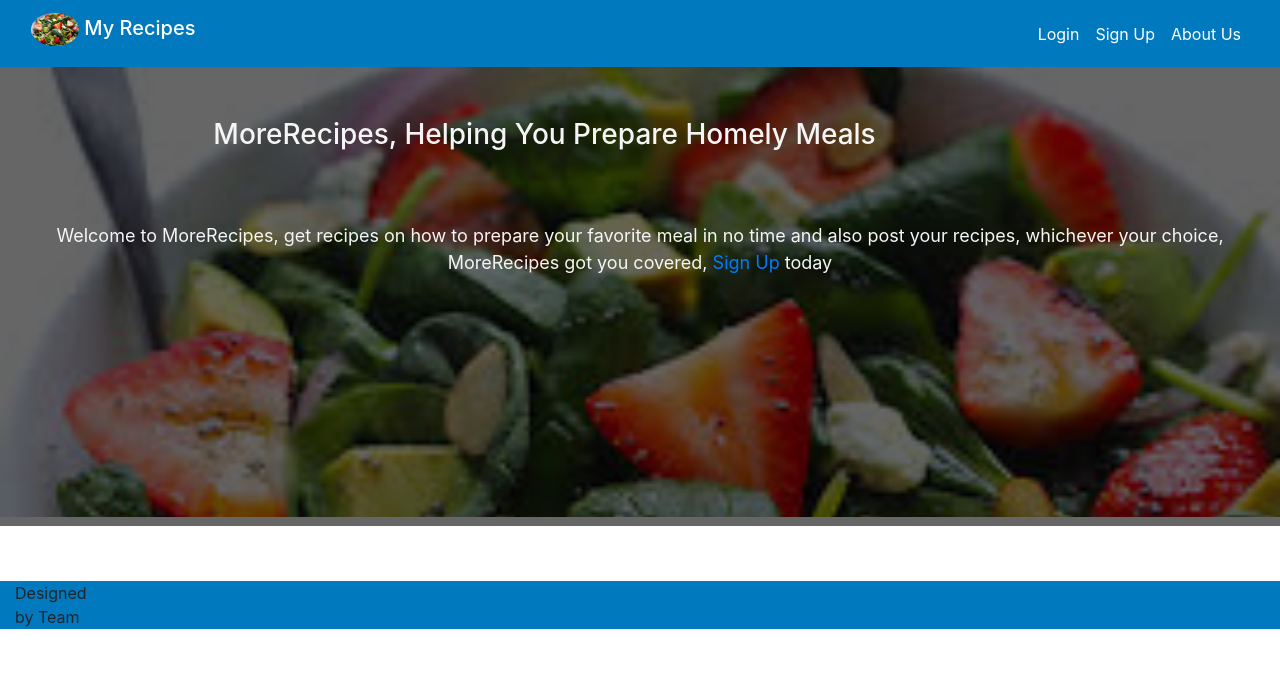
Repository: UggoPrince/more-recipes
Page: html/index.html
The author's editor kept a copy of each file at every save. The page is drawn from the files as they stood at one save, then again after the next save.
The browser window is 1280 px wide. The pictures show the whole page.

Above is the page before, as saved 2018-07-30 07:12:56.

After the next save:
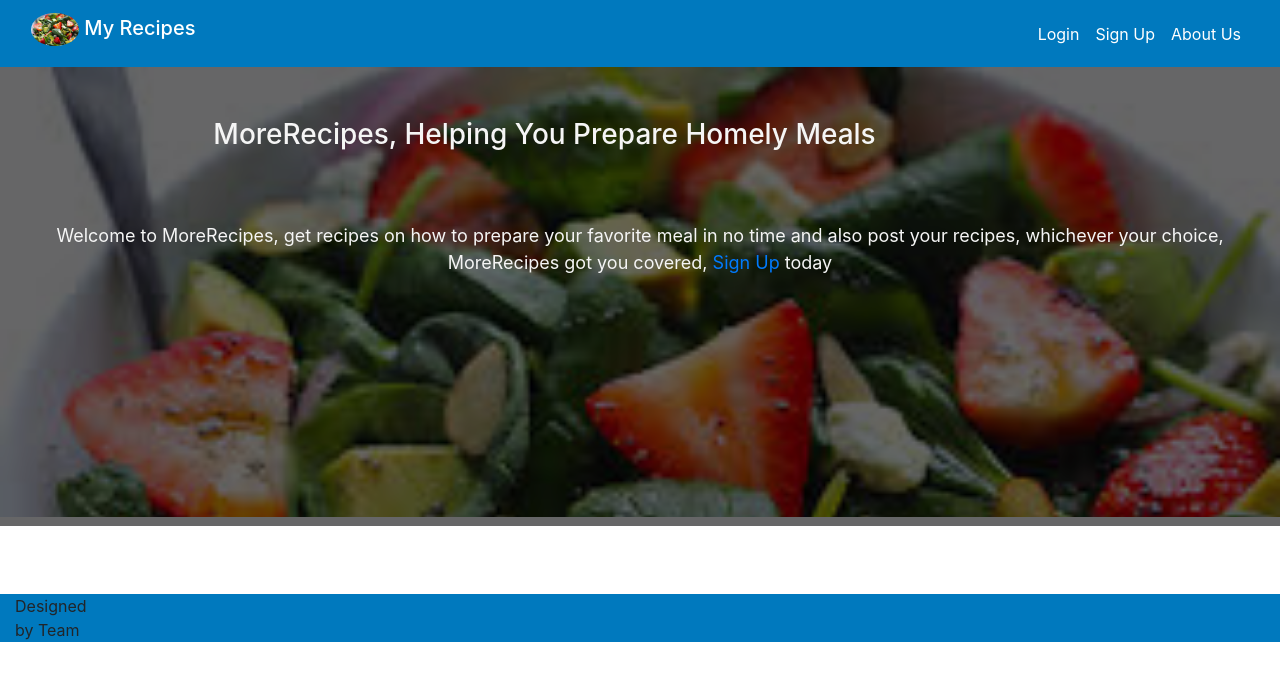
Saved 4 s later.
--- a/html/index.html
+++ b/html/index.html
@@ -66,7 +66,7 @@
       </center>
     </main>
   </div>
-  <footer class="container-fluid" style="background-color: #0079be; margin-top: 5%">
+  <footer class="container-fluid" style="background-color: #0079be; margin-top: 6%">
     <div class="row">
       <div class="col-1">Designed by Team</div>
     </div>
